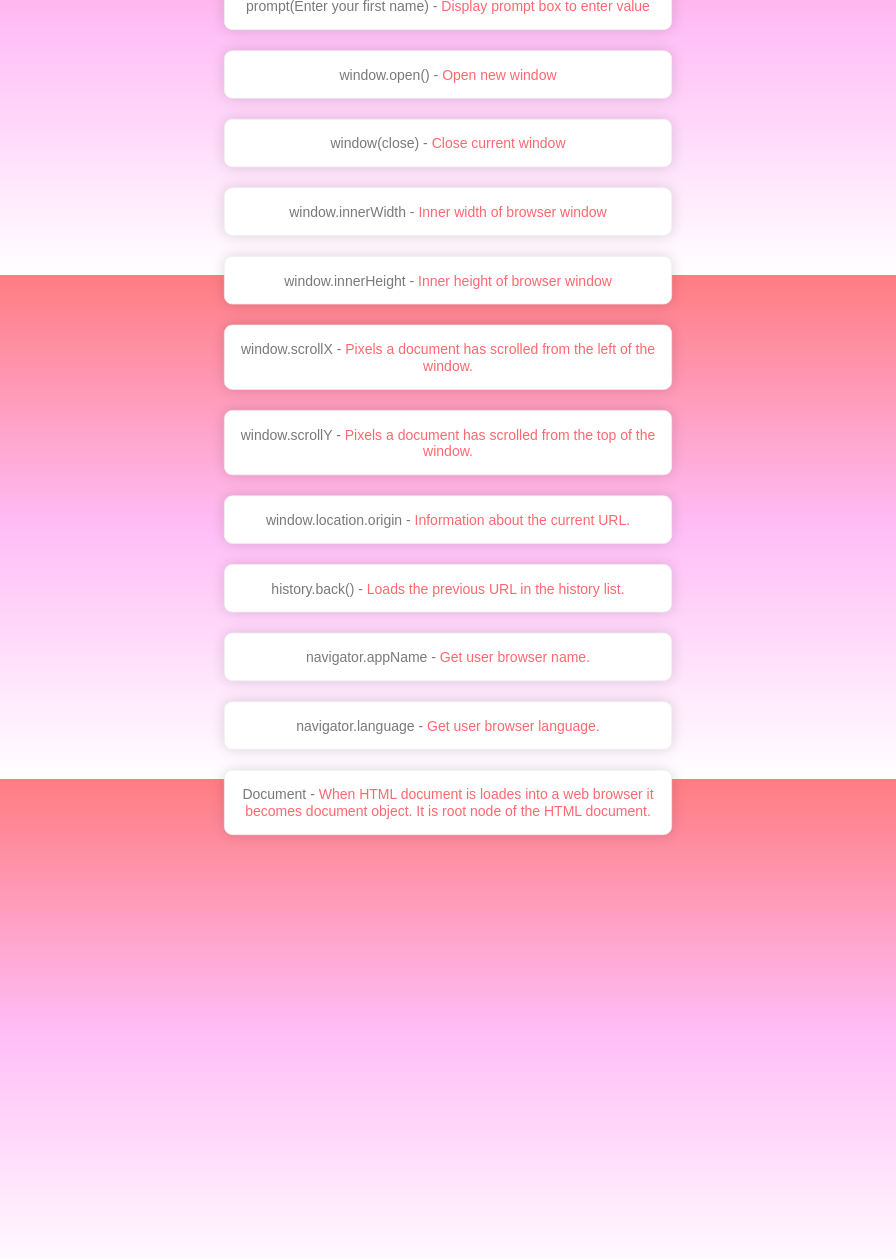
Repository: michalgornicki/javascript
Page: /#/Window
The author's editor kept a copy of each file at every save. The page is drawn from the files as they stood at one save, then again after the next save.
The browser window is 1280 px wide. The pictures show the part of the page from y = 1047 to 2967 px (the page is 2845 px tall before and 2967 px after), at 70% of full size.
Backgrounds fixed to the window are drawn as part of the page. The project was rebuilt for these pictures with package versions that can differ from the ones it lists, and the page was loaded fresh each time. Also part of the build but not shown: src/index.css, src/components/arrays.jsx, src/components/variables.jsx, src/components/numbers.jsx, src/components/loops.jsx, src/components/async.jsx, src/components/DOM manipulation.jsx.

Above is the page before, as saved 2022-02-01 08:39:49.

### src/App.jsx
import React from "react";
import "./App.css";
import "bootstrap/dist/css/bootstrap.min.css";
import { Route, HashRouter as Router, Routes, Link } from "react-router-dom";
import Arrays from "./components/arrays.jsx"
import Variables from "./components/variables.jsx"
import Numbers from "./components/numbers.jsx"
import Loops from "./components/loops.jsx"
import Async from "./components/async.jsx"
import DOM from "./components/DOM manipulation.jsx"
import Window from "./components/window.jsx"

function App() {


  return (
    <Router>
    <div className="text-center">
      <div className="display-1 mt-1 mb-5 text-white">Javascript repeat course</div>

      <div className="h3 d-flex w-75 m-auto my-5 justify-content-evenly flex-wrap text-white">

      <Link className="link-style mx-3" to="/">Arrays and objects</Link>
      <Link className="link-style mx-3" to="/Numbers">Numbers</Link>
      <Link className="link-style mx-3" to="/Variables">Variables</Link>
      <Link className="link-style mx-3" to="/Loops">Loops</Link>
      <Link className="link-style mx-3" to="/Async">Async</Link>
      <Link className="link-style mx-3" to="/DOM">DOM</Link>
      <Link className="link-style mx-3" to="/Window">Window</Link>


      </div>

      <Routes>
          <Route path="/" element={<Arrays />} />
          <Route path="/Numbers" element={<Numbers />} />
          <Route path="/Variables" element={<Variables />} />
          <Route path="/Loops" element={<Loops />} />
          <Route path="/Async" element={<Async />} />
          <Route path="/DOM" element={<DOM />} />
          <Route path="/Window" element={<Window />} />
        </Routes>


    </div>
    </Router>
  );
}

export default App;

### src/App.css
body{
    font-family: Arial, Helvetica, sans-serif!important;
    overflow-x: hidden;
    padding-bottom: 80vh;
    height: auto;
    background: linear-gradient(0deg, rgb(255, 255, 255), rgb(255, 189, 246), rgb(255, 124, 130));
    background-attachment: fixed;
}

.js-item{
    color:rgb(121, 121, 121);
    background-color: white;
    transition: 0.2s;
    padding: 3vh;
    margin-bottom: 4vh!important;
    border: 1px solid rgb(240, 240, 240);
    width: 50%;
    margin-left: auto;
    margin-right: auto;
    box-shadow: 0px 0px 20px rgba(0, 0, 0, 0.15);
    border-radius: 0.75rem;
}

.js-item:hover{
    cursor: pointer;
    background-color: rgb(240, 240, 240);
}

.text-pink{
    color:rgb(255, 104, 112)!important;
}

.link-style{
    color: inherit;
    text-decoration: inherit;
}

.link-style:hover{
    color: rgb(255, 104, 112);
}

@media only screen and (max-device-width: 600px), (max-width: 600px) {

    .js-item{
        width: 95%;
    }

}

### src/components/window.jsx
const Window = () => {
  return (
    <div className="">
      <div className="js-item h5">
        {" "}
        <span className="">{"Window"} -</span>
        <span className="text-pink"> This object represents an open window in a browser.</span> <br />
      </div>
      <div className="js-item h5">
        {" "}
        <span className="">{"setInterval(() => function(), 500)"} -</span>
        <span className="text-pink"> Repeat function() every 500 miliseconds </span> <br />
      </div>
      <div className="js-item h5">
        {" "}
        <span className="">{"clearInterval(myInterval)"} -</span>
        <span className="text-pink"> Clear myInterval from executing </span> <br />
      </div>
      <div className="js-item h5">
        {" "}
        <span className="">{"setTimeout(() => function(), 500)"} -</span>
        <span className="text-pink"> Execute function() after 500 miliseconds </span> <br />
      </div>
      <div className="js-item h5">
        {" "}
        <span className="">{"clearTimeout(MyTimeout)"} -</span>
        <span className="text-pink"> Prevent MyTimeout from executing </span> <br />
      </div>
      <div className="js-item h5">
        {" "}
        <span className="">{"alert(message)"} -</span>
        <span className="text-pink"> Display alert box with your message </span> <br />
      </div>
      <div className="js-item h5">
        {" "}
        <span className="">{"confirm(do you accept conditions?)"} -</span>
        <span className="text-pink"> Display confirm box with choice </span> <br />
      </div>
      <div className="js-item h5">
        {" "}
        <span className="">{"prompt(Enter your first name)"} -</span>
        <span className="text-pink"> Display prompt box to enter value </span> <br />
      </div>
      <div className="js-item h5">
        {" "}
        <span className="">{"window.open()"} -</span>
        <span className="text-pink"> Open new window </span> <br />
      </div>
      <div className="js-item h5">
        {" "}
        <span className="">{"window(close)"} -</span>
        <span className="text-pink"> Close current window </span> <br />
      </div>
      <div className="js-item h5">
        {" "}
        <span className="">{"window.innerWidth"} -</span>
        <span className="text-pink"> Inner width of browser window </span> <br />
      </div>
      <div className="js-item h5">
        {" "}
        <span className="">{"window.innerHeight"} -</span>
        <span className="text-pink"> Inner height of browser window </span> <br />
      </div>
      <div className="js-item h5">
        {" "}
        <span className="">{"window.scrollX"} -</span>
        <span className="text-pink"> Pixels a document has scrolled from the left of the window.</span> <br />
      </div>
      <div className="js-item h5">
        {" "}
        <span className="">{"window.scrollY"} -</span>
        <span className="text-pink"> Pixels a document has scrolled from the top of the window. </span> <br />
      </div>
      <div className="js-item h5">
        {" "}
        <span className="">{"window.location.origin"} -</span>
        <span className="text-pink"> Information about the current URL.</span> <br />
      </div>
      <div className="js-item h5">
        {" "}
        <span className="">{"history.back()"} -</span>
        <span className="text-pink"> Loads the previous URL in the history list.</span> <br />
      </div>
      <div className="js-item h5">
        {" "}
        <span className="">{"navigator.appName"} -</span>
        <span className="text-pink"> Get user browser name.</span> <br />
      </div>
      <div className="js-item h5">
        {" "}
        <span className="">{"navigator.language"} -</span>
        <span className="text-pink"> Get user browser language.</span> <br />
      </div>
      <div className="js-item h5">
        {" "}
        <span className="">{"Document"} -</span>
        <span className="text-pink"> When HTML document is loades into a web browser it becomes document object. It is root node of the HTML document.</span> <br />
      </div>

    </div>
  );
};

export default Window;

Loaded but not shown: public/index.html (common file); src/index.js (common file); src/reportWebVitals.js (common file)

After the next save:
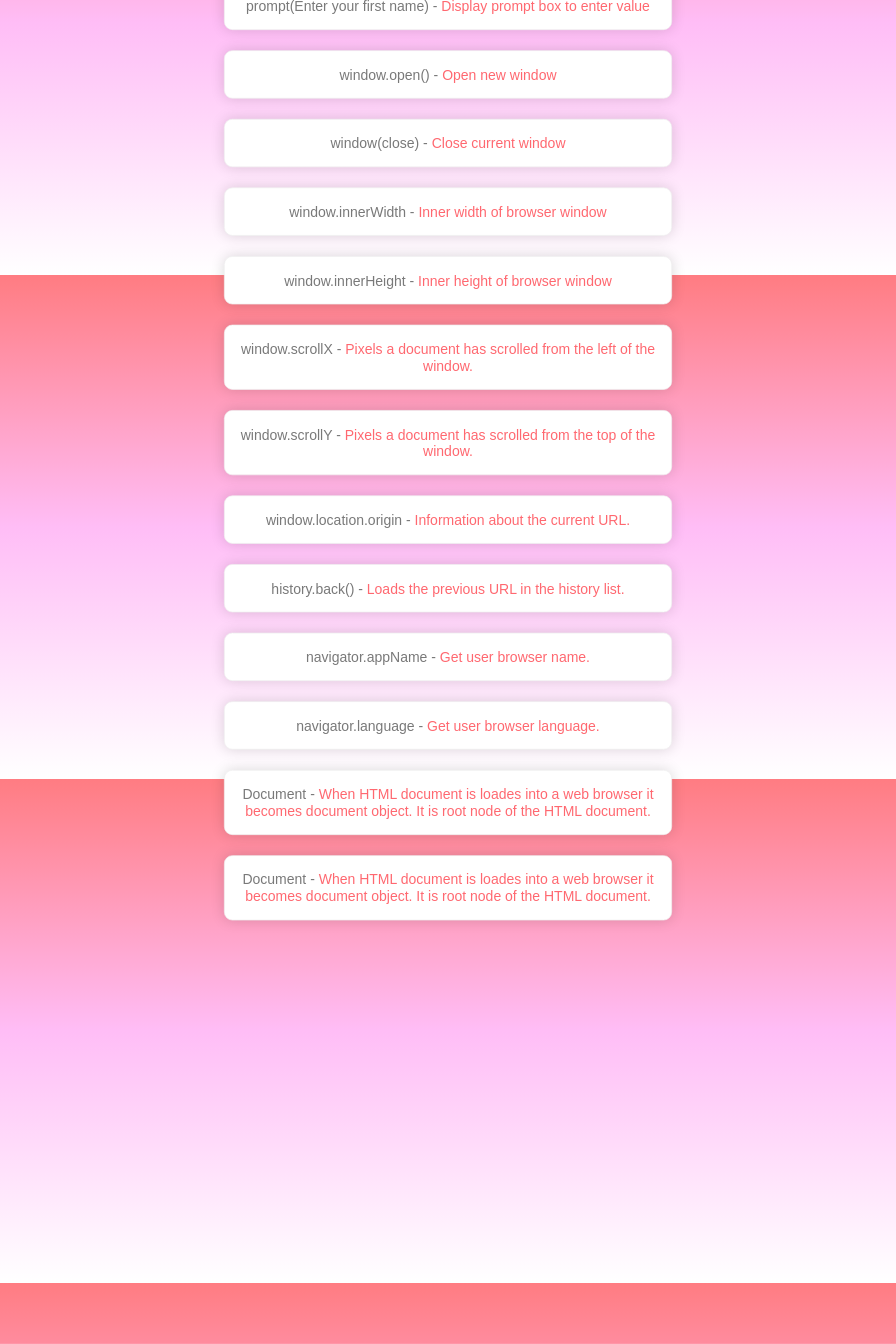
Saved 24 s later.
--- a/src/components/window.jsx
+++ b/src/components/window.jsx
@@ -96,6 +96,11 @@ const Window = () => {
         <span className="">{"Document"} -</span>
         <span className="text-pink"> When HTML document is loades into a web browser it becomes document object. It is root node of the HTML document.</span> <br />
       </div>
+      <div className="js-item h5">
+        {" "}
+        <span className="">{"Document"} -</span>
+        <span className="text-pink"> When HTML document is loades into a web browser it becomes document object. It is root node of the HTML document.</span> <br />
+      </div>
 
     </div>
   );
